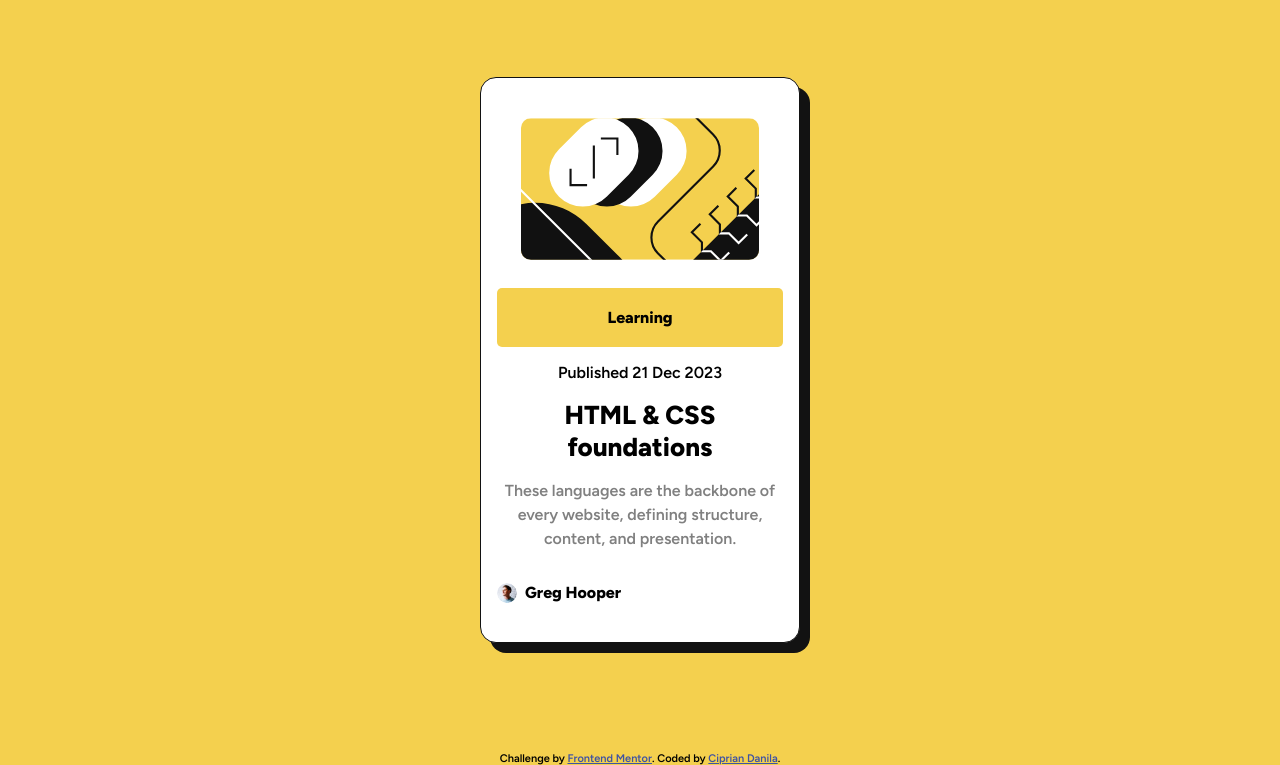
Repository: cipdanila/blog-preview-card
Page: index.html
An editor plug-in stored every save of this project. The page is shown before and after the next save, followed by the edit.
The browser window is 1280 px wide. The pictures show the whole page.

Above is the page before, as saved 2024-01-28 14:12:10.

### index.html
<!DOCTYPE html>
<html lang="en">
<head>
  <meta charset="UTF-8">
  <meta name="viewport" content="width=device-width, initial-scale=1.0"> <!-- displays site properly based on user's device -->

  <link rel="icon" type="image/png" sizes="32x32" href="./assets/images/favicon-32x32.png">
  <link rel="stylesheet" href="style.css">
  <title>Frontend Mentor | Blog preview card</title>

</head>
<body>
  <main>
    <div class="card">
      <div class="image-card">
        <img src="./assets/images/illustration-article.svg" alt="illustration article">
      </div>
      <div class="text-card">
        <div class="learning">
          <p>Learning</p>
        </div>
        <div class="publish">
          <p>Published 21 Dec 2023</p>
        </div>
        <div class="title">
          <h1>HTML & CSS foundations</h1>
        </div>
        <div class="info">
          <p>
            These languages are the backbone of every website, defining structure, content, and presentation.
          </p>
        </div>
        <div class="avatar">
          <img src="./assets/images/image-avatar.webp" alt="avatar">
          <p>Greg Hooper</p>
        </div>
      </div>
    </div>
  </main>

  <footer>
    <div class="attribution">
        Challenge by
        <a
            href="https://www.frontendmentor.io/challenges/blog-preview-card-ckPaj01IcS"
            target="_blank"
            rel="noopener noreferer"
            >Frontend Mentor</a
        >. Coded by <a href="https://github.com/cipdanila" target="_blank" rel="noopener noreferer">Ciprian Danila</a>.
    </div>
</footer>
</body>
</html>

### style.css
@import url('https://fonts.googleapis.com/css2?family=Figtree:wght@600;800&display=swap');

:root {
    /* Colors */
    /* Primary */
    --yellow: hsl(47, 88%, 63%);

    /* Neutral */
    --white: hsl(0, 0%, 100%);
    --grey: hsl(0, 0%, 50%);
    --black: hsl(0, 0%, 7%);
}

* {
    box-sizing: border-box;
}

body, html {
    margin: 0;
    padding: 0;
    height: 100%;
    font-family: 'Figtree', sans-serif;
    font-size: 1rem;
    font-weight: 600;
    background-color: var(--yellow);
}

main {
    display: flex;
    justify-content: center;
    align-items: center;
    height: 100%;
}

.card {
    width: 20rem;
    border-radius: 1rem;
    border: 1px solid var(--black);
    box-shadow: 10px 10px var(--black);
    background-color: var(--white);
    display: flex;
    flex-direction: column;
    align-items: center;
    padding: 1rem;
}

.image-card {
    text-align: center;
    padding: 1.5rem;
}

img {
    max-width: 100%;
    height: auto;
    border-radius: 0.625rem;
}

.text-card {
    text-align: center;
}

.learning {
    background-color: var(--yellow);
    margin-bottom: 1rem;
    padding: 0.25rem 0.5rem;
    border-radius: 5px;
    font-weight: 800;
}

.publish, .title, .info, .avatar {
    margin-bottom: 0.5rem;

}

.title h1 {
    font-weight: 800;
    font-size: 1.625rem;
    margin-bottom: 0.5rem;
}

.info p {
    color: var(--grey);
    line-height: 1.5;
    font-weight: 100;
}

.avatar {
    display: flex;
    align-items: center;
}

.avatar img {
    width: 20px;
    height: auto;
    border-radius: 50%;
    margin-right: 0.5rem;
}

.avatar p {
    font-weight: 800;
}

footer {
    margin-top: 2rem;
}

.attribution {
    font-size: 11px;
    text-align: center;
}
.attribution a {
    color: hsl(228, 45%, 44%);
}

After the next save:
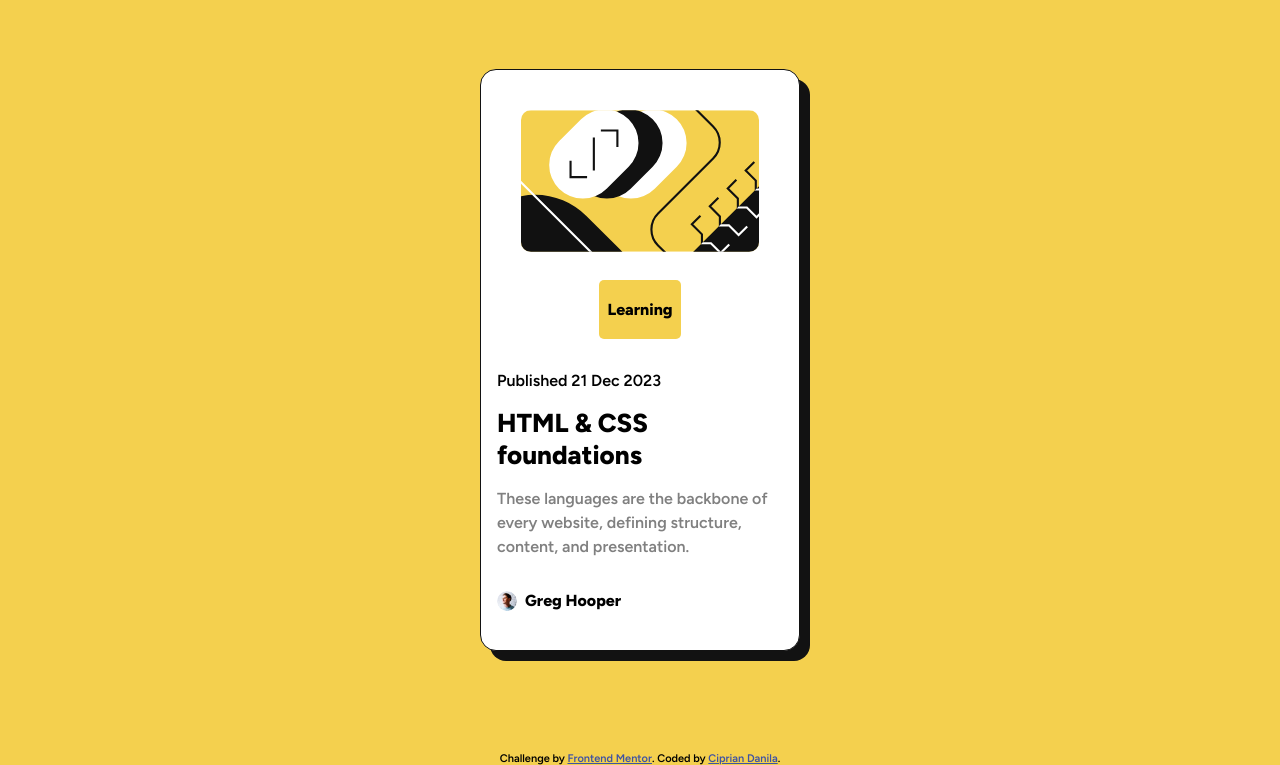
Saved 93 s later.
--- a/style.css
+++ b/style.css
@@ -60,6 +60,7 @@
 }
 
 .learning {
+    display: inline-block;
     background-color: var(--yellow);
     margin-bottom: 1rem;
     padding: 0.25rem 0.5rem;
@@ -69,7 +70,7 @@
 
 .publish, .title, .info, .avatar {
     margin-bottom: 0.5rem;
-
+    text-align: left;
 }
 
 .title h1 {
